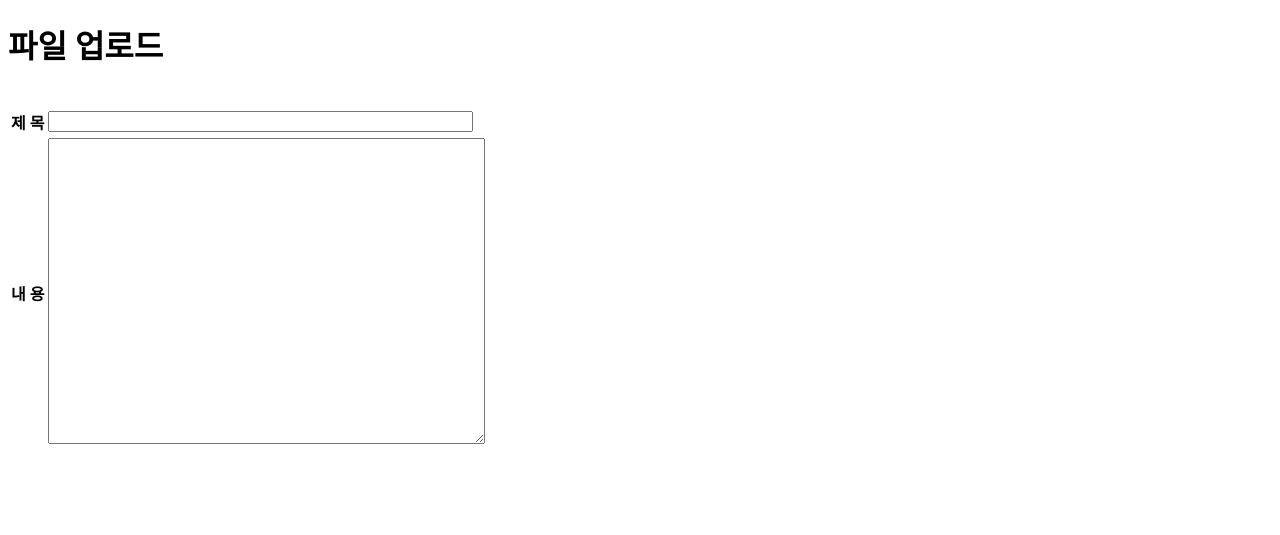
Repository: Jh1227/JSP
Page: http://localhost/11_File/fileForm.jsp
The author's editor kept a copy of each file at every save. The page is drawn from the files as they stood at one save, then again after the next save.
The browser window is 1280 px wide. The pictures show the whole page.
The page is served by Tomcat 9.

Above is the page before, as saved 2023-04-06 01:37:38.

After the next save:
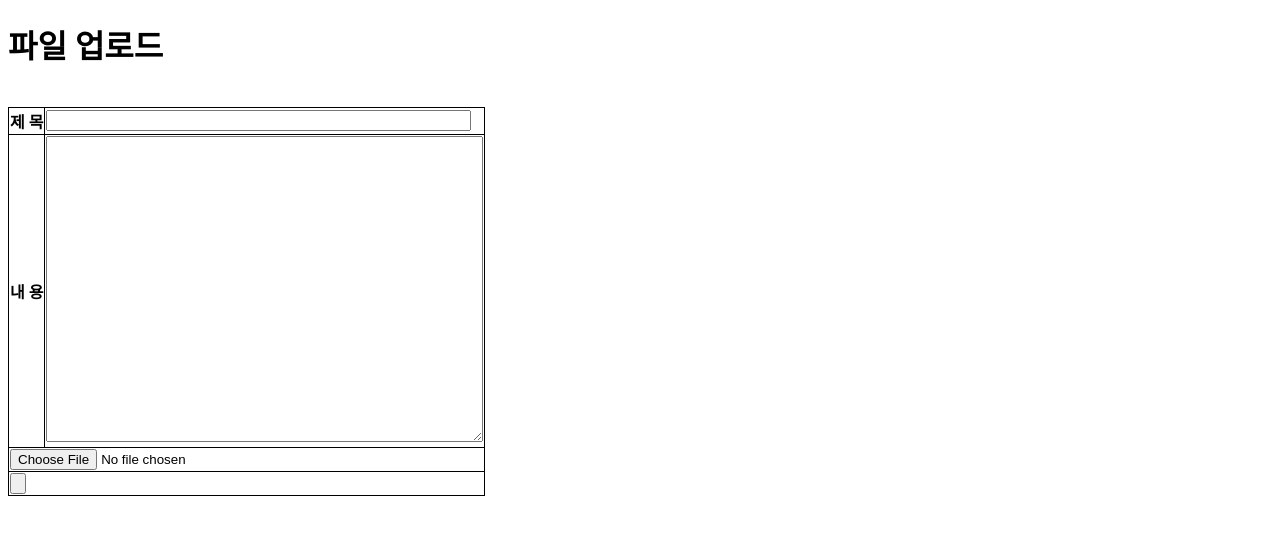
Saved 89 s later.
--- a/11_File/src/main/webapp/fileForm.jsp
+++ b/11_File/src/main/webapp/fileForm.jsp
@@ -8,6 +8,9 @@
 <head>
 <meta charset="UTF-8">
 <title>fileForm.jsp</title>
+<style type="text/css">
+table, th, td { border: 1px solid black; border-collapse: collapse; }
+</style>
 </head>
 <body>
 	<h1>파일 업로드</h1>
@@ -22,6 +25,16 @@
 				<th> 내 용 </th>
 				<td><textarea rows ="20" cols ="52" name ="content"></textarea></td>
 			</tr>
+			<tr>
+				<td colspan ="2">
+					<input type ="file" name ="upload" size ="50">
+				</td>
+			</tr>
+			<tr>
+				<td colspan ="2">
+					<input type ="submit" value =""
+				</td>
+			</tr>
 		</table>
 	</form>
 </body>
